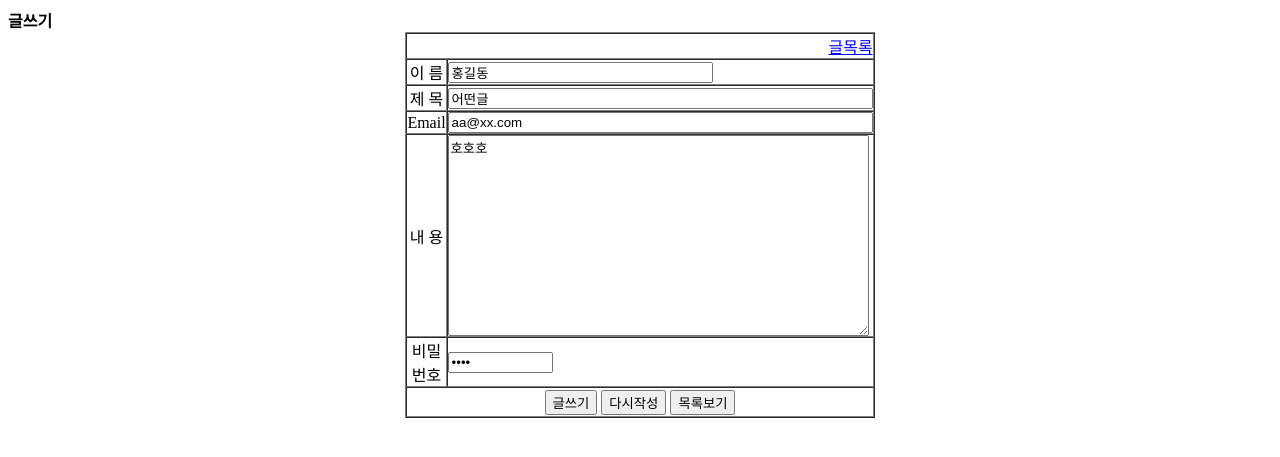
Repository: uj06134/Metabuild_JSP
Page: http://localhost/06_Board/replyForm.jsp
An editor plug-in stored every save of this project. The page is shown before and after the next save, followed by the edit.
The browser window is 1280 px wide. The pictures show the whole page.
The page is served by Tomcat 9.

Above is the page before, as saved 2025-09-16 01:55:40.

After the next save:
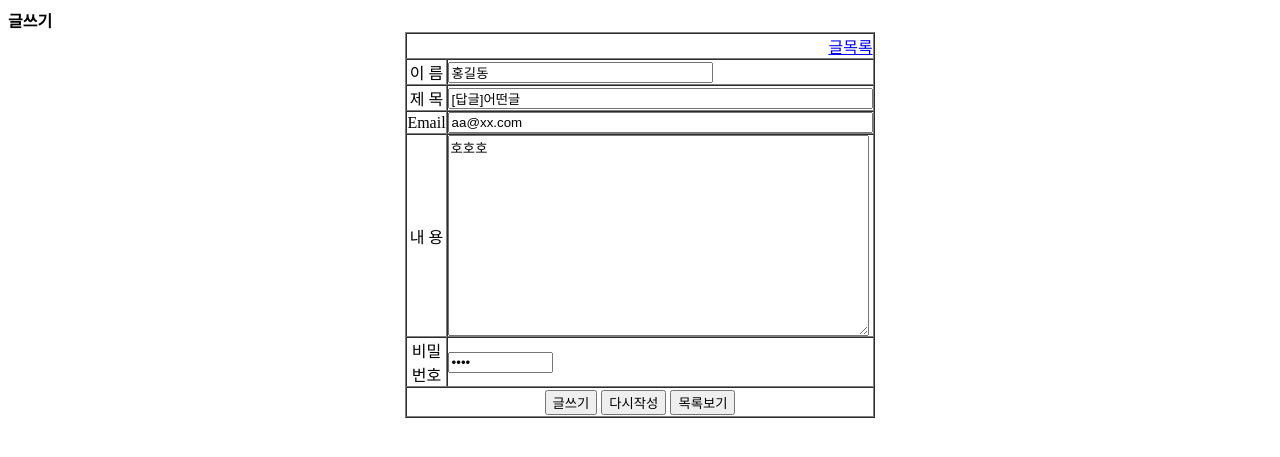
Saved 16 s later.
--- a/06_Board/src/main/webapp/replyForm.jsp
+++ b/06_Board/src/main/webapp/replyForm.jsp
@@ -20,7 +20,7 @@
 		<tr>
 			<td width="150" align="center">제 목</td>
 			<td width="300" align="left"><input type="text" size="50"
-				maxlength="50" name="subject" value="어떤글"></td>
+				maxlength="50" name="subject" value="[답글]어떤글"></td>
 		</tr>
 
 		<tr>
